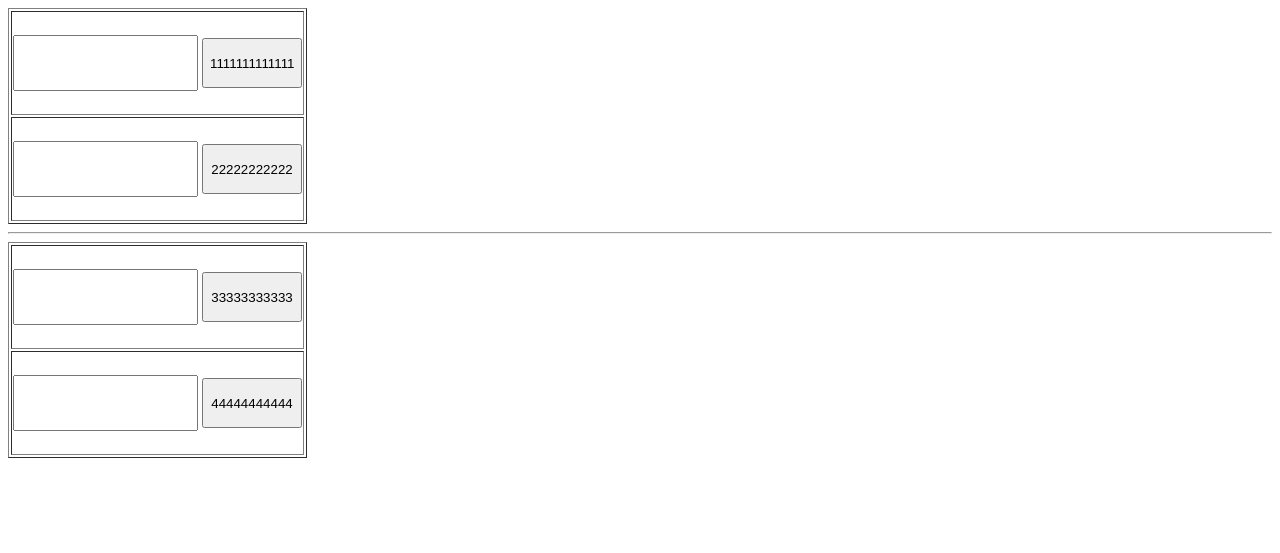
Repository: womss/sexyguy
Page: Spring/Feb14_1_jQuery/WebContent/2_DOM_Select.html
An editor plug-in stored every save of this project. The page is shown before and after the next save, followed by the edit.
The browser window is 1280 px wide. The pictures show the whole page.

Above is the page before, as saved 2025-02-14 02:49:26.

After the next save:
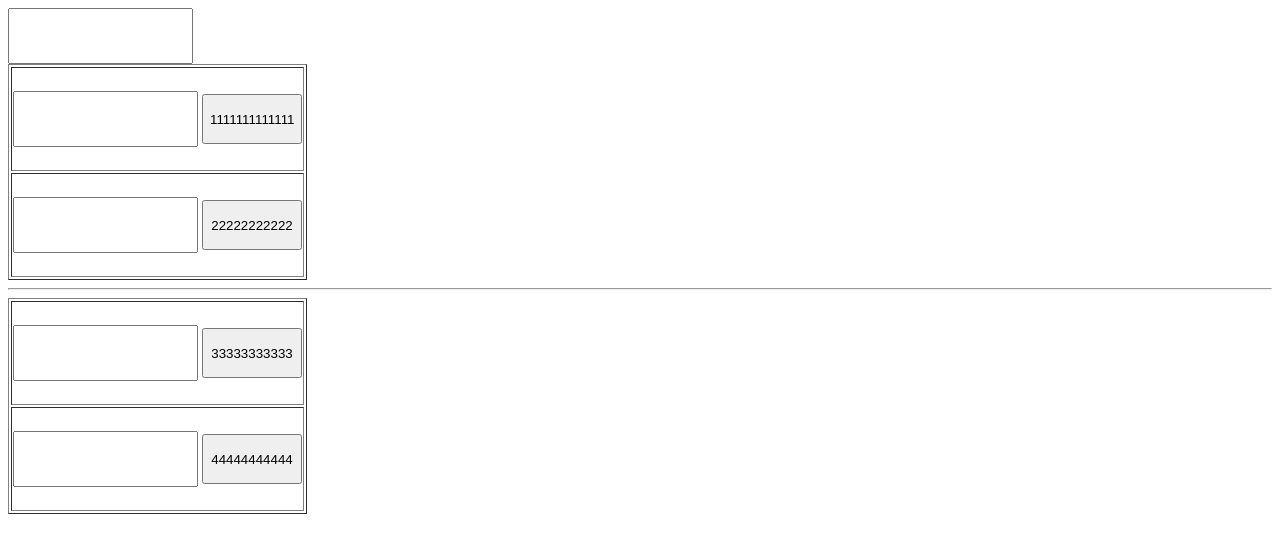
Saved 94 s later.
--- a/Spring/Feb14_1_jQuery/WebContent/2_DOM_Select.html
+++ b/Spring/Feb14_1_jQuery/WebContent/2_DOM_Select.html
@@ -47,6 +47,7 @@
 			$(this).children().css("background-color", "pink");
 			$(this).find("button").css("border", "orange solid 3px");
 
+
 		});
 
 
@@ -58,6 +59,7 @@
 </script>
 </head>
 <body>
+	<input id="ip">
 	<table border="1">
 		<tr><td><input> <button>1111111111111</button></td></tr>
 		<tr><td><input> <button>22222222222</button></td></tr>
